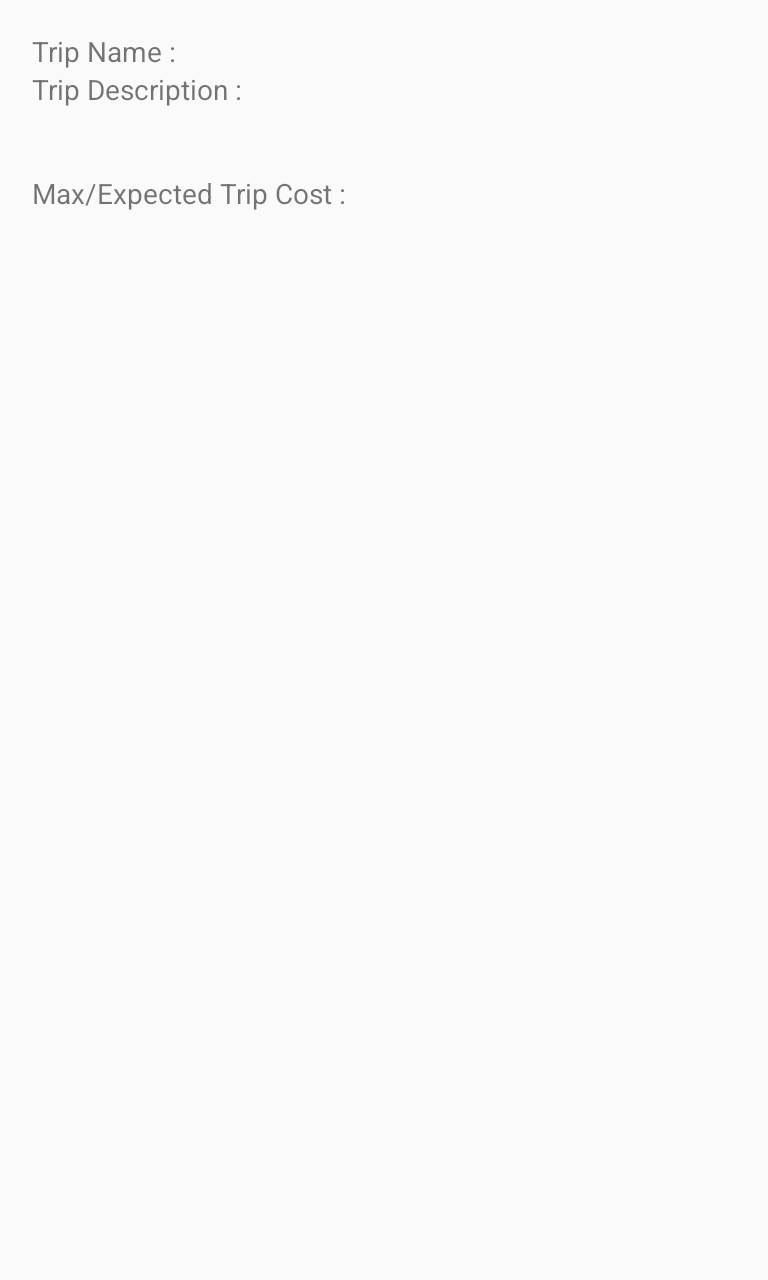
Repository: bandikishores/ShareMyTrip
Layout: ShareMyTrip/res/layout/activity_trip_details.xml
The author's editor kept a copy of each file at every save. The layout is drawn from the files as they stood at one save, then again after the next save.
It is drawn on a 768 x 1280 px phone screen (xhdpi) without system bars, with theme AppTheme; the app's code is not run. Lists and similar views that code fills are empty.

Above is the layout before, as saved 2014-12-27 18:51:23.

After the next save:
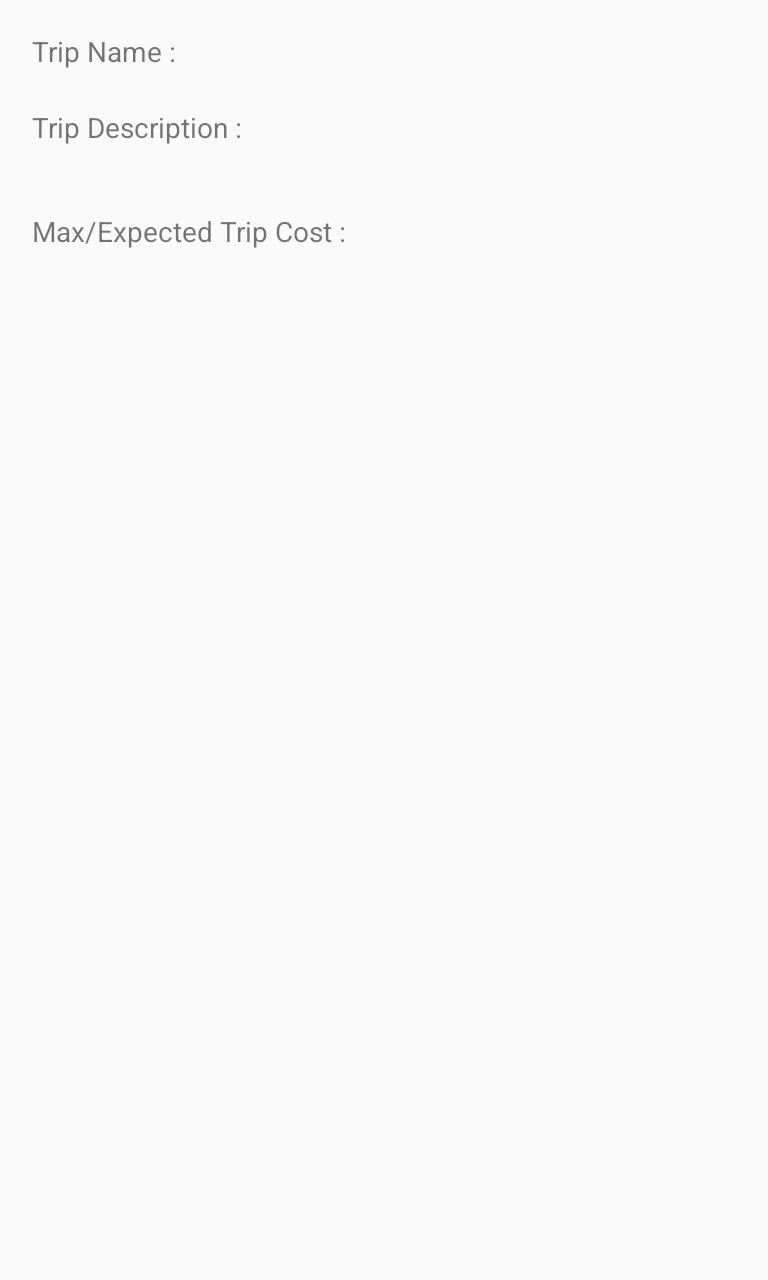
Saved 31 s later.
--- a/ShareMyTrip/res/layout/activity_trip_details.xml
+++ b/ShareMyTrip/res/layout/activity_trip_details.xml
@@ -10,7 +10,7 @@
     tools:context="com.bandi.sharemytrip.TripDetailsActivity" >
 
 
-    <GridLayout
+    <TableLayout
         android:layout_width="wrap_content"
         android:layout_height="wrap_content" >
 
@@ -27,7 +27,7 @@
 	       android:text="@string/empty_string"
 	        />
 
-    </GridLayout>
+    </TableLayout>
 
     <GridLayout
         android:layout_width="wrap_content"
